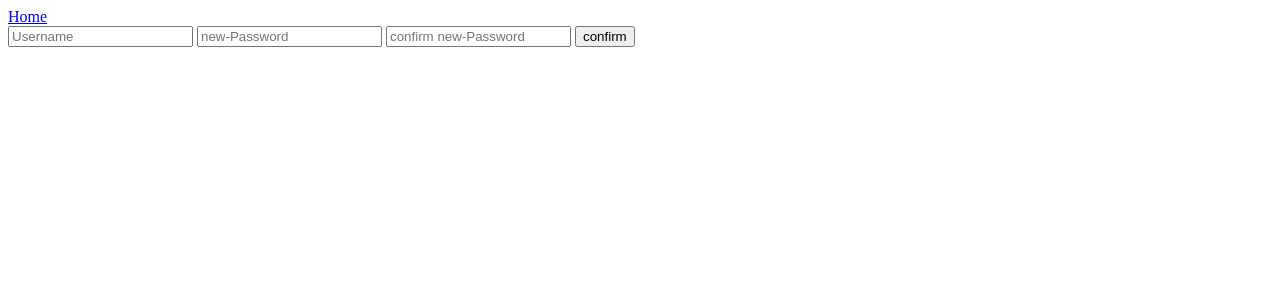
Repository: YagahAi/MARCATIR
Page: forgottenpass.html
An editor plug-in stored every save of this project. The page is shown before and after the next save, followed by the edit.
The browser window is 1280 px wide. The pictures show the whole page.

Above is the page before, as saved 2023-09-27 11:25:09.

### forgottenpass.html
<!DOCTYPE html>
<html lang="en">
<head>
    <meta charset="UTF-8">
    <meta name="viewport" content="width=device-width, initial-scale=1.0">
    <title>Document</title>
</head>
<a href="/index.html" class="container .hm">Home</a>
    <body class="container .fp">
        <form>
        <input type="text" id= "username"placeholder="Username"/>
        <input type=" new-Password" id="new-Password" placeholder="new-Password" />
        <input type="confirm new-password" id="confirm new-Password" placeholder="confirm new-Password" />
        <button type="button" onclick="confirm()">confirm</button>
        </form>



</body>
</html>

After the next save:
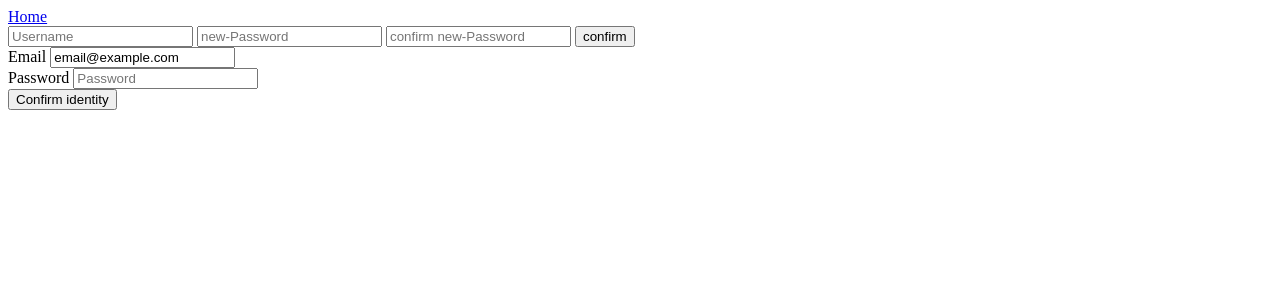
Saved 6 s later.
--- a/forgottenpass.html
+++ b/forgottenpass.html
@@ -14,7 +14,19 @@
         <button type="button" onclick="confirm()">confirm</button>
         </form>
 
-
+        <form class="row g-3">
+            <div class="col-auto">
+              <label for="staticEmail2" class="visually-hidden">Email</label>
+              <input type="text" readonly class="form-control-plaintext" id="staticEmail2" value="email@example.com">
+            </div>
+            <div class="col-auto">
+              <label for="inputPassword2" class="visually-hidden">Password</label>
+              <input type="password" class="form-control" id="inputPassword2" placeholder="Password">
+            </div>
+            <div class="col-auto">
+              <button type="submit" class="btn btn-primary mb-3">Confirm identity</button>
+            </div>
+          </form>
 
 </body>
 </html>
